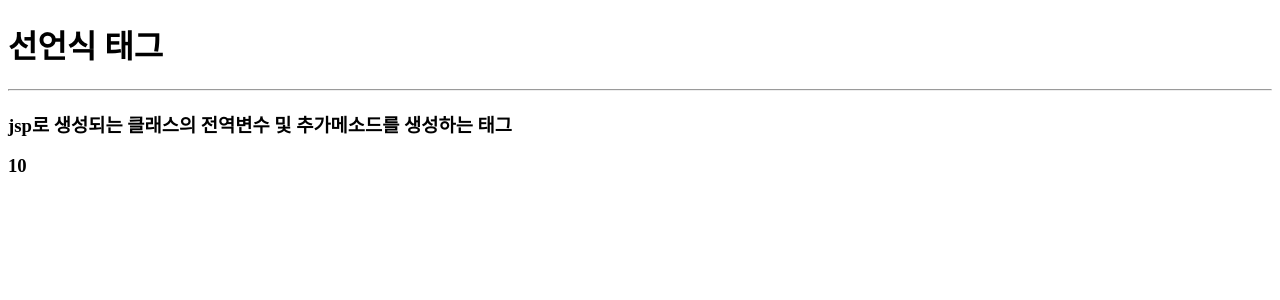
Repository: JWbase/Web_JAVA
Page: http://localhost/04_jspProject/jsp/declrationTag.jsp
The author's editor kept a copy of each file at every save. The page is drawn from the files as they stood at one save, then again after the next save.
The browser window is 1280 px wide. The pictures show the whole page.
The page is served by Tomcat 9.

Above is the page before, as saved 2022-08-30 06:53:22.

### web-workspace/04_jspProject/src/main/webapp/jsp/declrationTag.jsp
<%@ page language="java" contentType="text/html; charset=UTF-8"
    pageEncoding="UTF-8"%>
<!DOCTYPE html>
<html>
<head>
<meta charset="UTF-8">
<title>Insert title here</title>
</head>
<body>
	<h1>선언식 태그</h1>
	<hr>
	<h3>jsp로 생성되는 클래스의 전역변수 및 추가메소드를 생성하는 태그</h3>
	<%!
		private int count = 10;
		public String addCount(){
			count++;
			return "카운트 증가완료!!";
		}
	%>
	<h3><%=count %></h3>
</body>
</html>

After the next save:
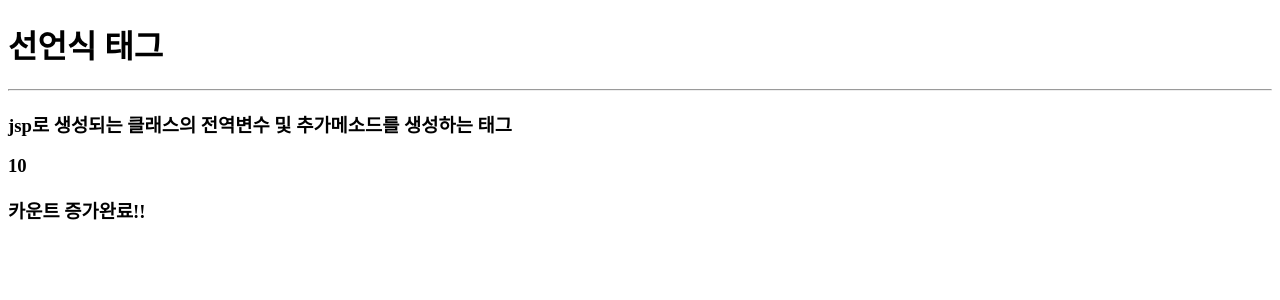
Saved 26 s later.
--- a/web-workspace/04_jspProject/src/main/webapp/jsp/declrationTag.jsp
+++ b/web-workspace/04_jspProject/src/main/webapp/jsp/declrationTag.jsp
@@ -18,5 +18,6 @@
 		}
 	%>
 	<h3><%=count %></h3>
+	<h3><%=addCount() %></h3>
 </body>
 </html>
